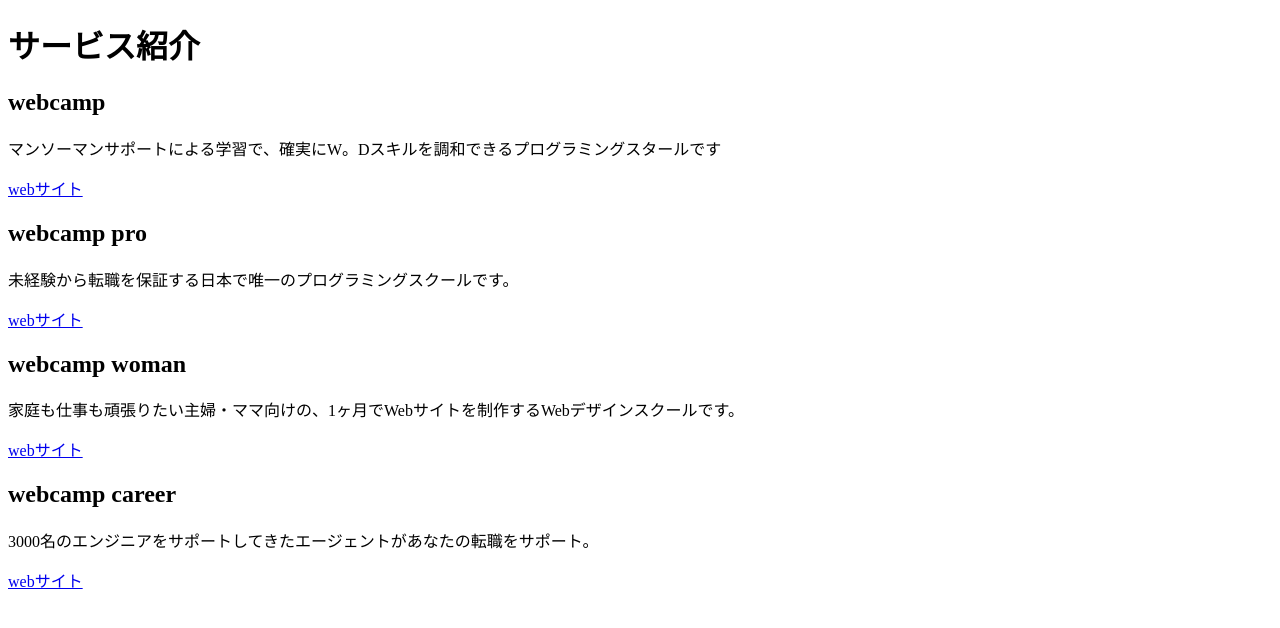
Repository: tanikura/sample.html
Page: chapter2_exercise/chapter2_exercise.html
The author's editor kept a record of every edit. The page is drawn from the files as they stood at one moment, then again after the next edit.
The browser window is 1280 px wide. The pictures show the whole page.

Above is the page before.
Not found: chapter2_exercise/chapter2_exercise/style1.css

### chapter2_exercise/chapter2_exercise.html
<!DOCTYPE HTML>
<html lang="ja">
  <head>
    <meta charset="UTF-8" />
    <title>2章演習</title>
    <link rel="stylesheet" href="chapter2_exercise/style1.css" />
  </head>
    <h1>サービス紹介</h1>

    <h2>webcamp</h2>
    <p>マンソーマンサポートによる学習で、確実にW。Dスキルを調和できるプログラミングスタールです</p>
    <a href="https://web-camp.io/">webサイト</a>

    <h2>webcamp pro</h2>
    <p>未経験から転職を保証する日本で唯一のプログラミングスクールです。</p>
    <a href="https://web-camp.io/pro">webサイト</a>

    <h2>webcamp woman</h2>
    <P>家庭も仕事も頑張りたい主婦・ママ向けの、1ヶ月でWebサイトを制作するWebデザインスクールです。</P>
    <a href="https://web-camp.io/woman">webサイト</a>

    <h2>webcamp career</h2>
    <p>3000名のエンジニアをサポートしてきたエージェントがあなたの転職をサポート。</p>
    <a href="https://web-camp.io/career">webサイト</a>

  <body>
  </body>
</html>

### chapter2_exercise/style.css
h1 {
  color:orange;
}

After the next edit:
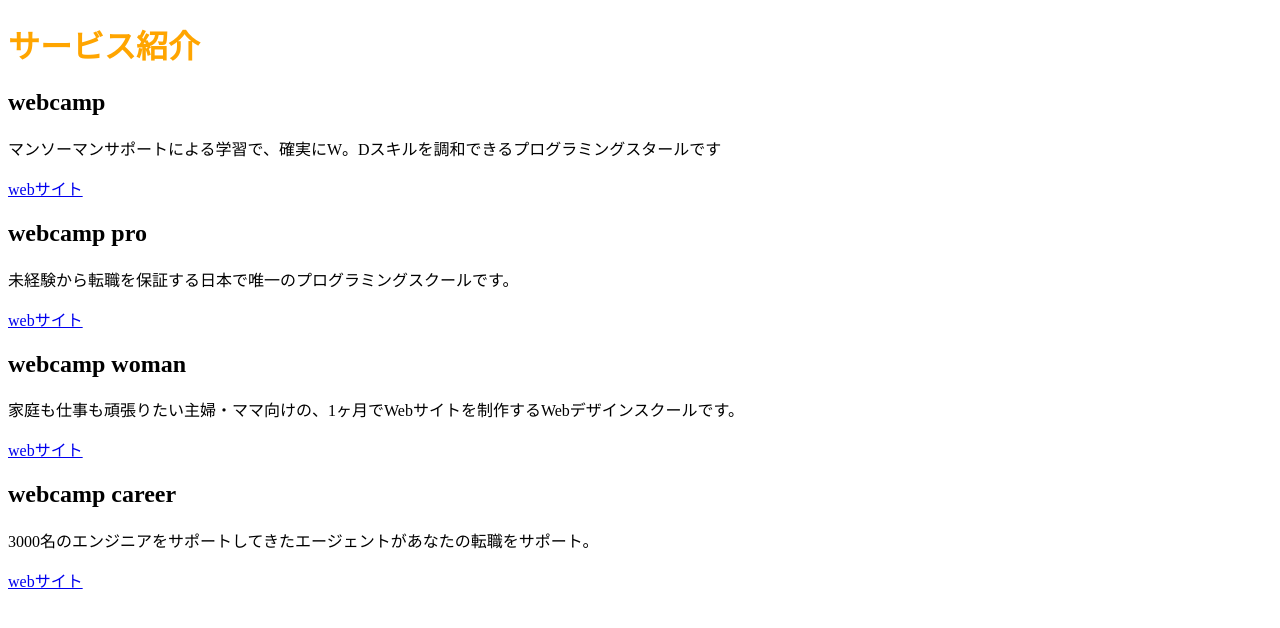
The edit:
--- a/chapter2_exercise/chapter2_exercise.html
+++ b/chapter2_exercise/chapter2_exercise.html
@@ -3,7 +3,7 @@
   <head>
     <meta charset="UTF-8" />
     <title>2章演習</title>
-    <link rel="stylesheet" href="chapter2_exercise/style1.css" />
+    <link rel="stylesheet" href="style.css" />
   </head>
     <h1>サービス紹介</h1>
 
